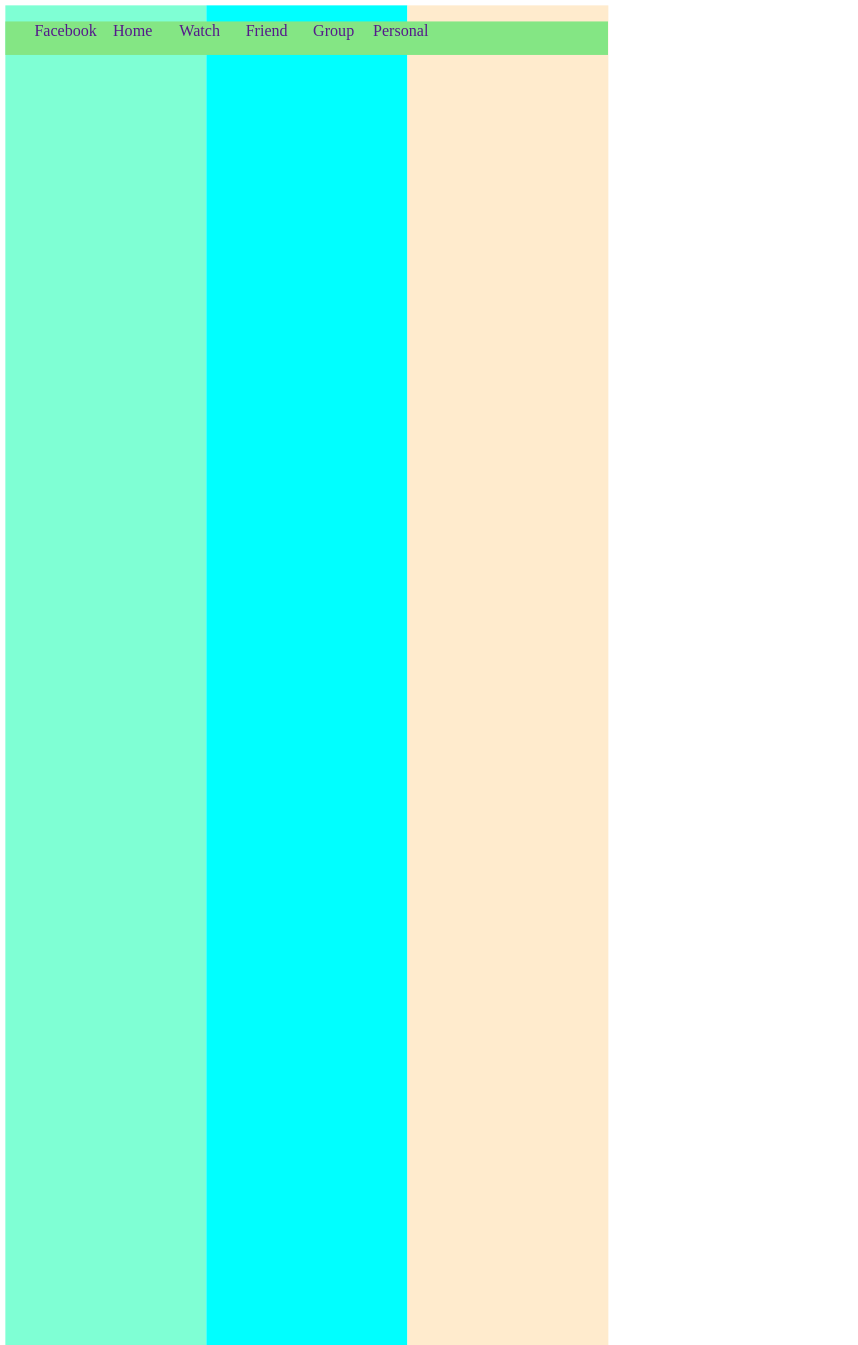
Repository: nguyenhung50497/MD2_cssLayout
Page: BT_taoFbDonGian/index.html
The author's editor kept a copy of each file at every save. The page is drawn from the files as they stood at one save, then again after a run of saves.
The browser window is 1280 px wide. The pictures show the whole page, at 67% of full size.

Above is the page before, as saved 2022-11-29 14:49:19.

After the next 3 saves:
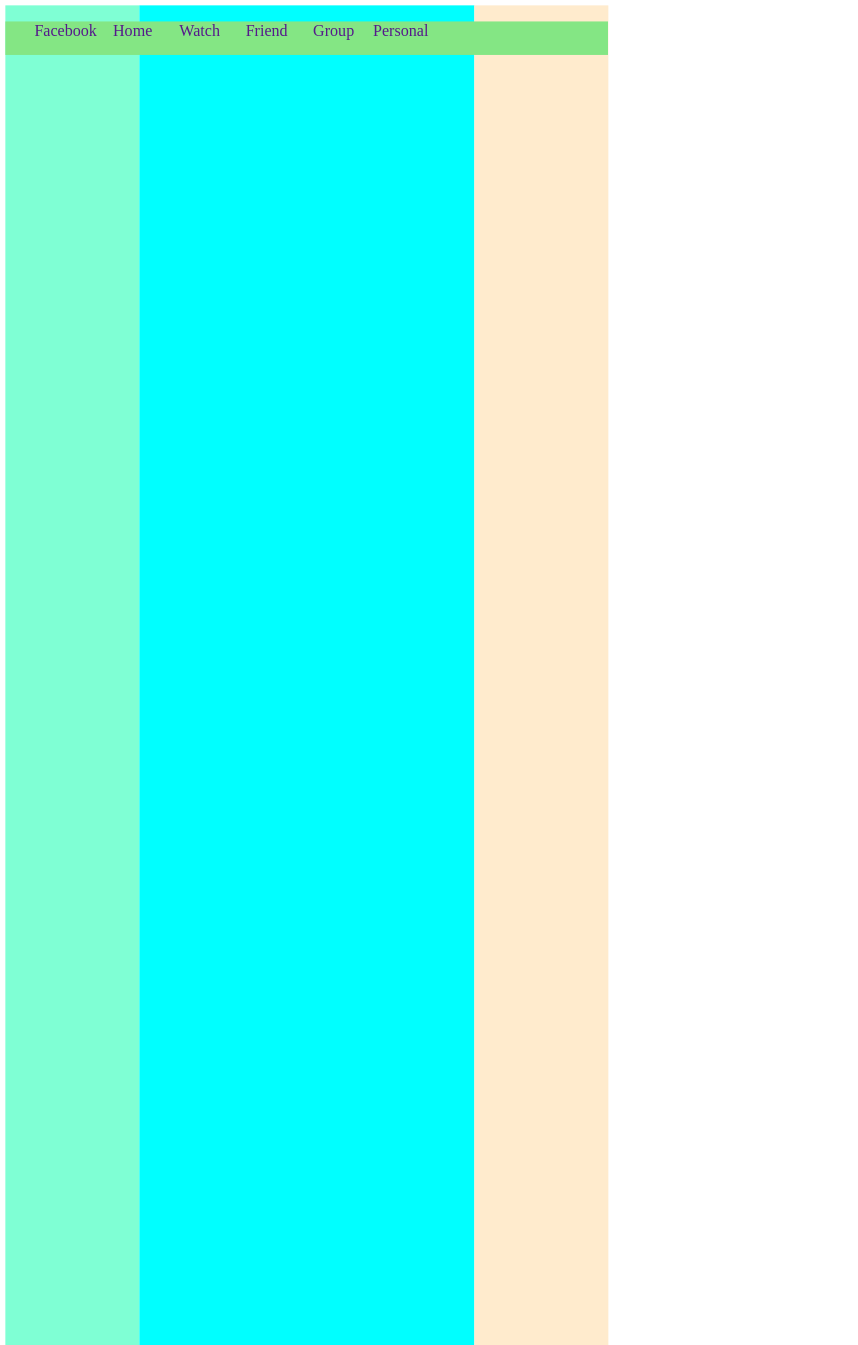
The 3 saves are shown as one change because they came seconds apart.
The last was saved 22 s later.
--- a/BT_taoFbDonGian/styles.css
+++ b/BT_taoFbDonGian/styles.css
@@ -24,7 +24,7 @@
 }
 section {
     box-sizing: border-box;
-    width: 300px;
+    width: 500px;
     height: 2000px;
     background-color: aqua;
     float: left;
@@ -32,7 +32,7 @@
 
 #left {
     box-sizing: border-box;
-    width: 300px;
+    width: 200px;
     height: 2000px;
     background-color: aquamarine;
     float: left;
@@ -40,7 +40,7 @@
 
 #right {
     box-sizing: border-box;
-    width: 300px;
+    width: 200px;
     height: 2000px;
     background-color: blanchedalmond;
     float: left;
